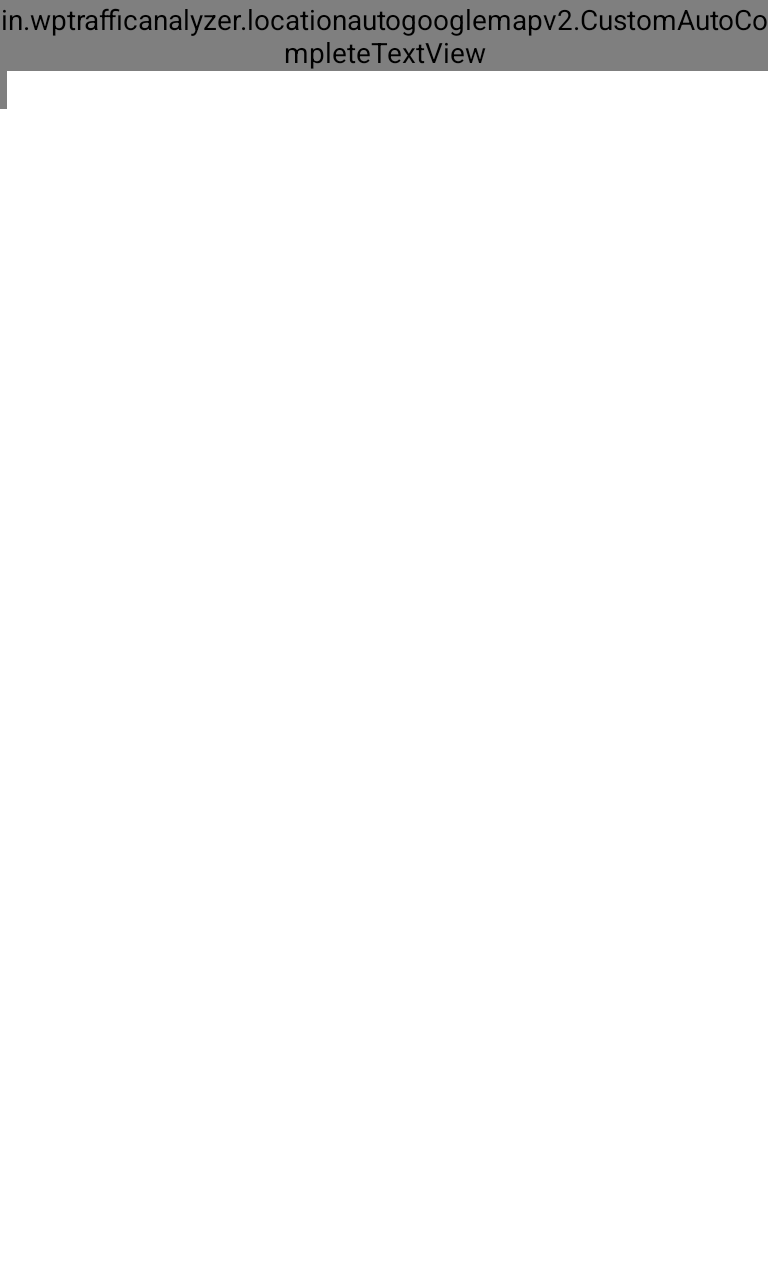
Repository: neetukaushish/AndroidTraining
Layout: SampleApp/res/layout/activity_main.xml
An editor plug-in stored every save of this project. The layout is shown before and after the next save, followed by the edit.
Pictures or frames that could not be fetched are drawn as grey boxes. It is drawn on a 768 x 1280 px phone screen (xhdpi) without system bars, with theme AppTheme; the app's code is not run.

Above is the layout before, as saved 2013-06-27 07:20:30.

After the next save:
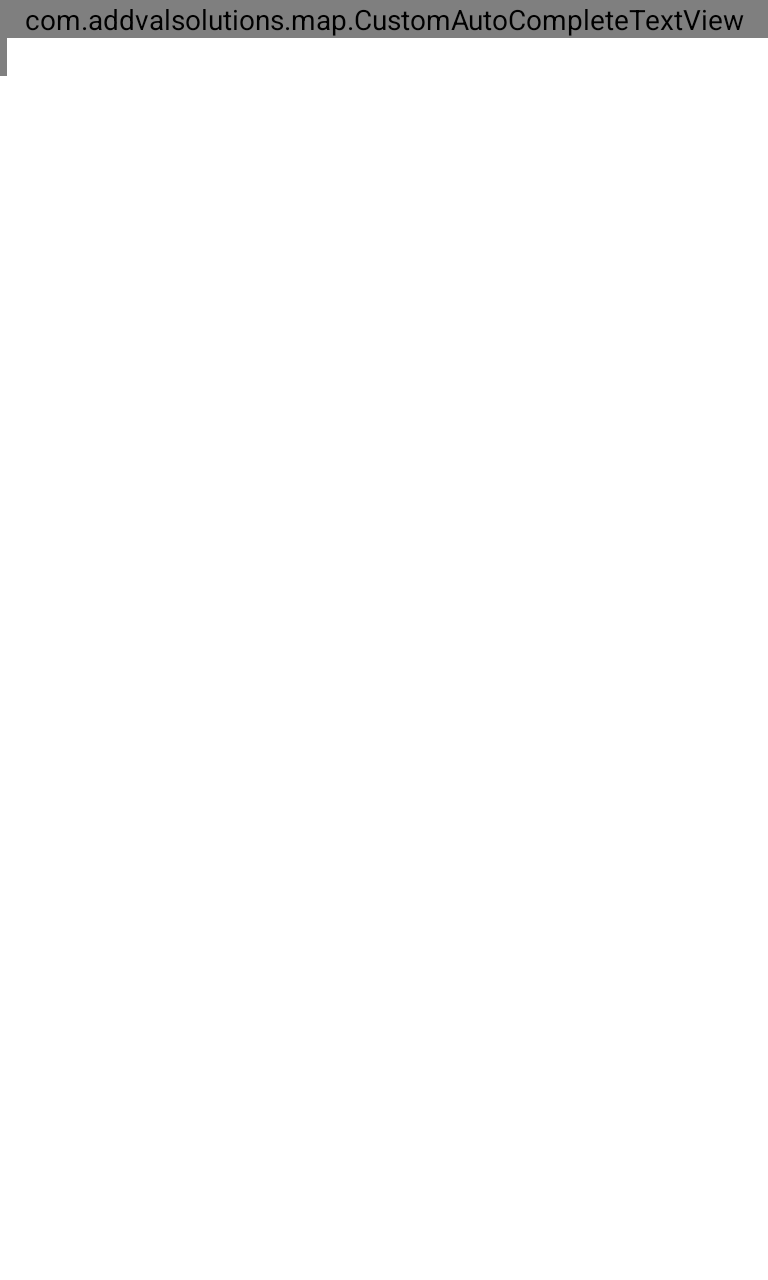
Saved 57 s later.
--- a/SampleApp/res/layout/activity_main.xml
+++ b/SampleApp/res/layout/activity_main.xml
@@ -4,7 +4,7 @@
     android:layout_height="match_parent"
     tools:context=".MainActivity" >
 
-    <in.wptrafficanalyzer.locationautogooglemapv2.CustomAutoCompleteTextView
+    <com.addvalsolutions.map.CustomAutoCompleteTextView
         android:id="@+id/atv_places"
         android:layout_width="fill_parent"
         android:layout_height="wrap_content"
